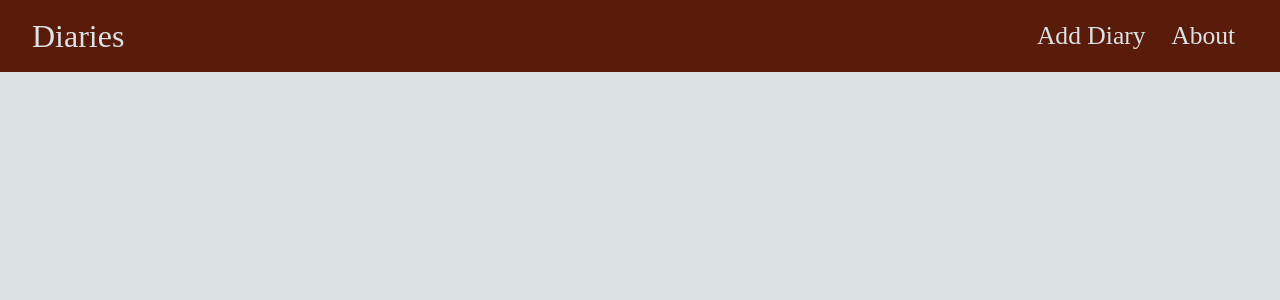
Repository: Tun-Dev/mydiary
Page: /AddDiary
The author's editor kept a copy of each file at every save. The page is drawn from the files as they stood at one save, then again after the next save.
The browser window is 1280 px wide. The pictures show the whole page.
The page's requests for data from a server got no answer. The project was rebuilt for these pictures with package versions that can differ from the ones it lists, and the page was loaded fresh each time. No one was signed in, and anything a server would have sent is missing. Requests to the local data server were answered from the project's data file.

Above is the page before, as saved 2021-05-12 02:10:21.

### src/index.js
import React from 'react';
import ReactDOM from 'react-dom';
import {BrowserRouter} from 'react-router-dom'
import App from './App';


ReactDOM.render(

  <React.StrictMode>
  <BrowserRouter>
    <App />
    </BrowserRouter>
  </React.StrictMode>,
  document.getElementById('root')
);

// If you want to start measuring performance in your app, pass a function
// to log results (for example: reportWebVitals(console.log))
// or send to an analytics endpoint. Learn more: https://bit.ly/CRA-vitals

### src/App.js
import React from "react";
import GlobalStyle from './GlobalStyle';

// import components
import Nav from './Layout/Nav.js';
import DiaryHome from './Components/DiaryHome'

function App() {
  return (
    <div className="App">
    <GlobalStyle />
    <Nav />
    <div className="container">
    <DiaryHome />
    </div>
    </div>
  );
}

export default App;

### src/GlobalStyle.js
import {createGlobalStyle} from 'styled-components';

const GlobalStyle = createGlobalStyle`
  * {
      margin: 0;
      padding: 0;
      box-sizing: border-box;
  }
  body {
color: black;
 background-color: #dce1e3;
}
 a {
    text-decoration: none;
}
.container {
    margin: 3rem 14rem;
}
`

export default GlobalStyle;

### src/Layout/Nav.js
import React from 'react';
import styled from 'styled-components';
import {Link} from 'react-router-dom'

const Nav = () => {
    return (
        <NavBar>
          <nav>
         <div className="header">
           Diaries
         </div>
         <ul className="navItens">
           <li><Link to="">Add Diary</Link></li>
           <li><Link to="">About</Link></li>
         </ul>
          </nav>
        </NavBar>
    )
}
const NavBar = styled.div`

  nav {
    display: flex;
    justify-content: space-between;
    align-items: center;
    background-color: #591c0b;
     height: 10vh;
     color: #dce1e3;
}
.header {
    margin: 0 2rem;
    font-size: 2rem;
}
ul {
    display: flex;
    margin: 0 2rem;
}
ul li {
    list-style: none;
    margin: 0 0.8rem;
}
ul li a {
    color: #dce1e3;
    font-size: 1.6rem;
}
`;

export default Nav;

### src/Components/DiaryHome.js
import React from 'react';
import useFetch from '../useFetch';
import Diary from './Diary';

const DiaryHome = () => {
  const {diaries, isPending, error} = useFetch("http://localhost:8000/drafts");
    return (
        <div>
         {error && <div> {error} </div>}
         {isPending && <div>Loading... </div>}
          {diaries && <Diary diaries={diaries} /> }
        </div>
    )
}

export default DiaryHome

### src/useFetch.js
import {useState, useEffect} from 'react'

 const useFetch = (url) => {
     const [ diaries, setDiaries ] = useState("null");
  const [isPending, setIsPending] = useState(true);
  const [error, setError] = useState(null);

  useEffect( () => {
    fetch(url)
  .then((response) =>{
    if(!response.ok) {
      throw Error('Could not fetch data for that resource please try again.')
    }
    response.json()
  })
  .then((data) => {
  setDiaries(data);
  setIsPending(false);
  setError(null);
  })
  .catch((err) =>{
    setIsPending(false);
    setError(err.message)
  })
  }, [url] )

  return {diaries, isPending, error }
}

export default useFetch;

### src/Components/Diary.js
import React from 'react';

const Diary = ({diaries}) => {
    diaries = Array.from(diaries);
    return (
        <div>
            {diaries.map((diary) => (
              <div  key={diaries.id}>
                <h2 className="diaryTitle">{diary.title}</h2>
                <p className="diaryDate">{diary.date}</p>
              </div>

          ))}
        </div>
    )
}

export default Diary

### Data/db.json
{
    "drafts": [
        {
            "title": "my experience at school today",
            "date": "2021-11-23",
            "body": "today i had a good day",
            "id": "1"
        },
        {
            "title": "my experience at church today",
            "date": "2021-01-13",
            "body": "today i had a good day with the lord today",
            "id": "2"
        }
    ]
}

Loaded but not shown: public/index.html (common file)

After the next save:
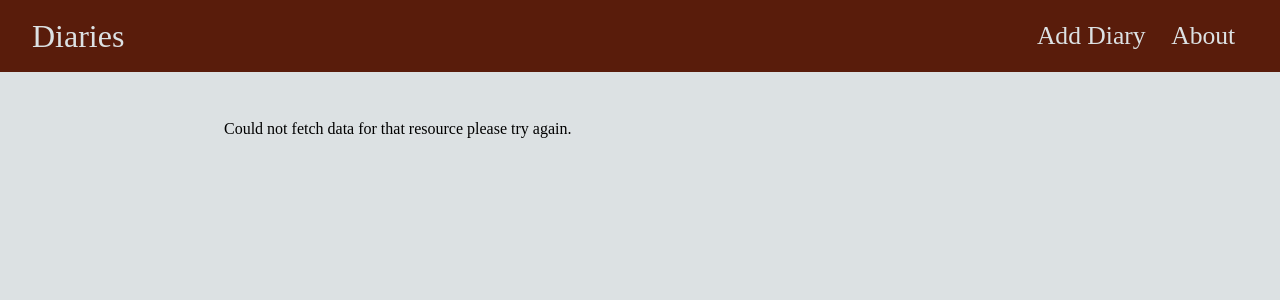
Saved 108 s later.
--- a/src/Components/DiaryHome.js
+++ b/src/Components/DiaryHome.js
@@ -3,7 +3,7 @@
 import Diary from './Diary';
 
 const DiaryHome = () => {
-  const {diaries, isPending, error} = useFetch("http://localhost:8000/drafts");
+  const {diaries, isPending, error} = useFetch("http://localhost:8000/draftss");
     return (
         <div>
          {error && <div> {error} </div>}

After the save that followed:
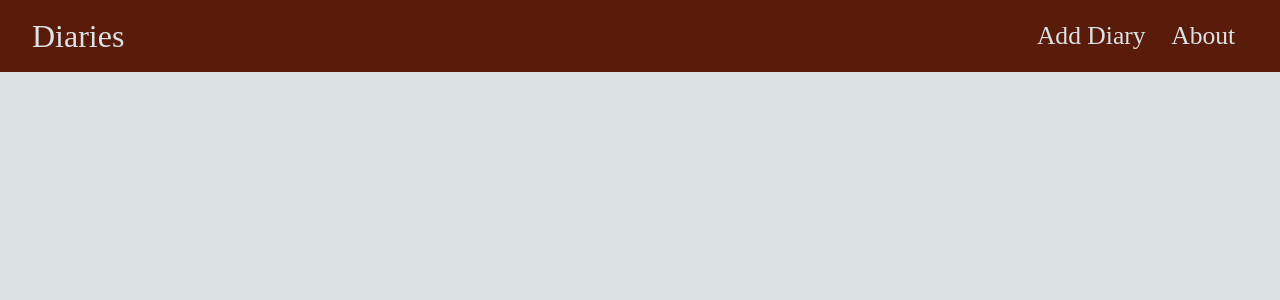
Saved 5 min 6 s later.
--- a/src/Components/DiaryHome.js
+++ b/src/Components/DiaryHome.js
@@ -3,7 +3,7 @@
 import Diary from './Diary';
 
 const DiaryHome = () => {
-  const {diaries, isPending, error} = useFetch("http://localhost:8000/draftss");
+  const {diaries, isPending, error} = useFetch("http://localhost:8000/drafts");
     return (
         <div>
          {error && <div> {error} </div>}
